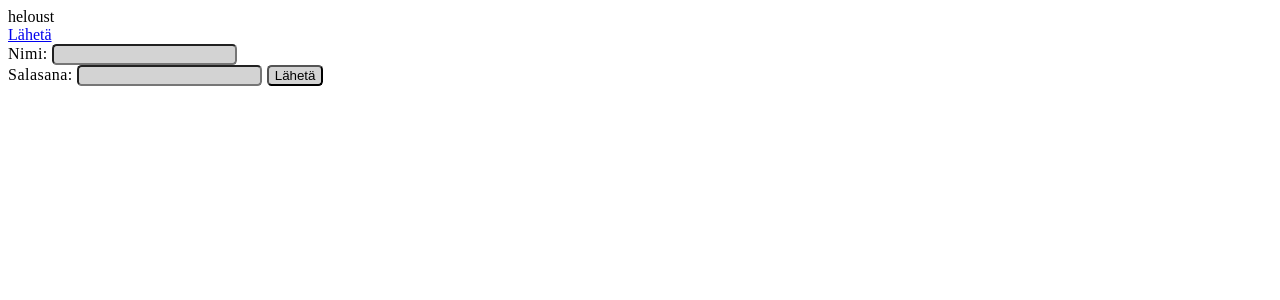
Repository: sirkian/ohj2-t4
Page: http://localhost/Kommunikaatio/
An editor plug-in stored every save of this project. The page is shown before and after the next save, followed by the edit.
The browser window is 1280 px wide. The pictures show the whole page.
The page is served by Tomcat 9.

Above is the page before, as saved 2022-03-19 14:05:20.

After the next save:
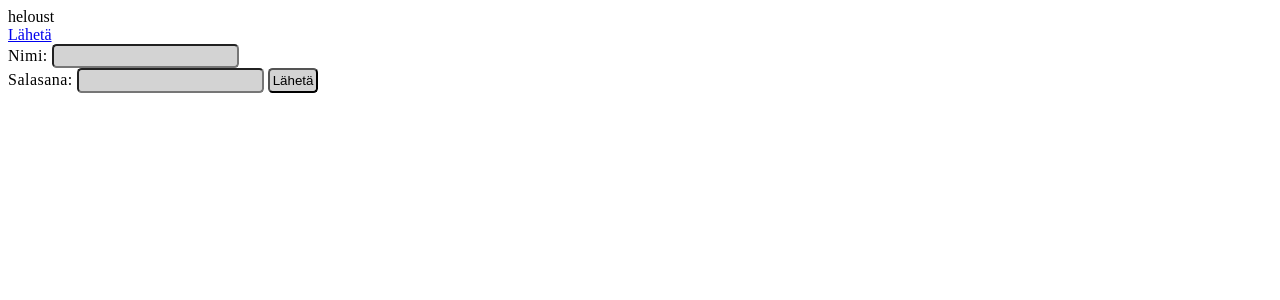
Saved 20 s later.
--- a/Kommunikaatio/src/main/webapp/index.jsp
+++ b/Kommunikaatio/src/main/webapp/index.jsp
@@ -13,6 +13,7 @@ body {
 input {
 	background: lightgrey;
 	border-radius:0.35em;
+	padding: 0.2em;
 }
 .nimi {
 
